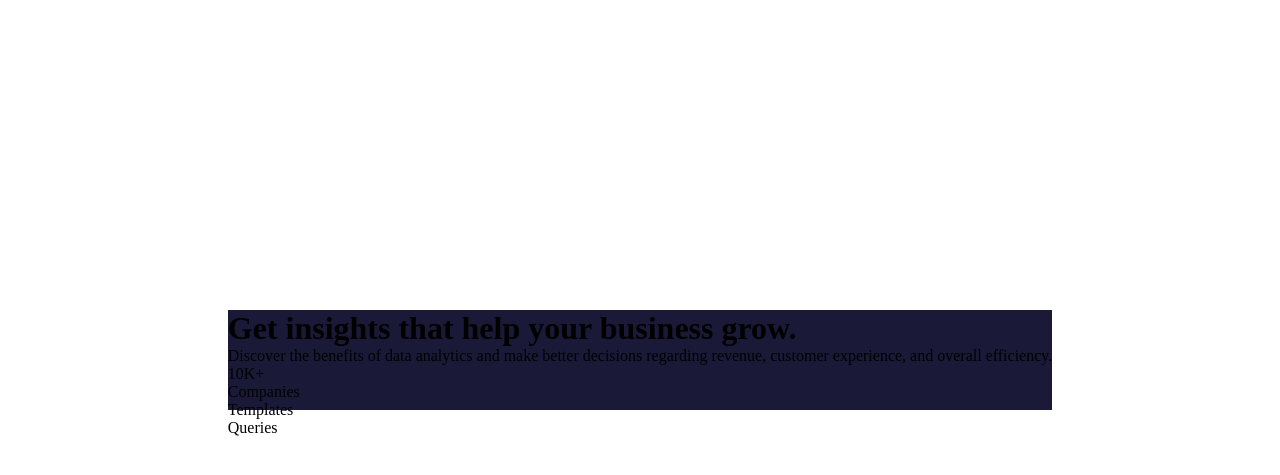
Repository: keisewarsame/stats-preview-frontendmentor
Page: index.html
An editor plug-in stored every save of this project. The page is shown before and after a run of saves, followed by the edit.
The browser window is 1280 px wide. The pictures show the whole page.

Above is the page before, as saved 2022-07-12 12:47:36.

After the next 3 saves:
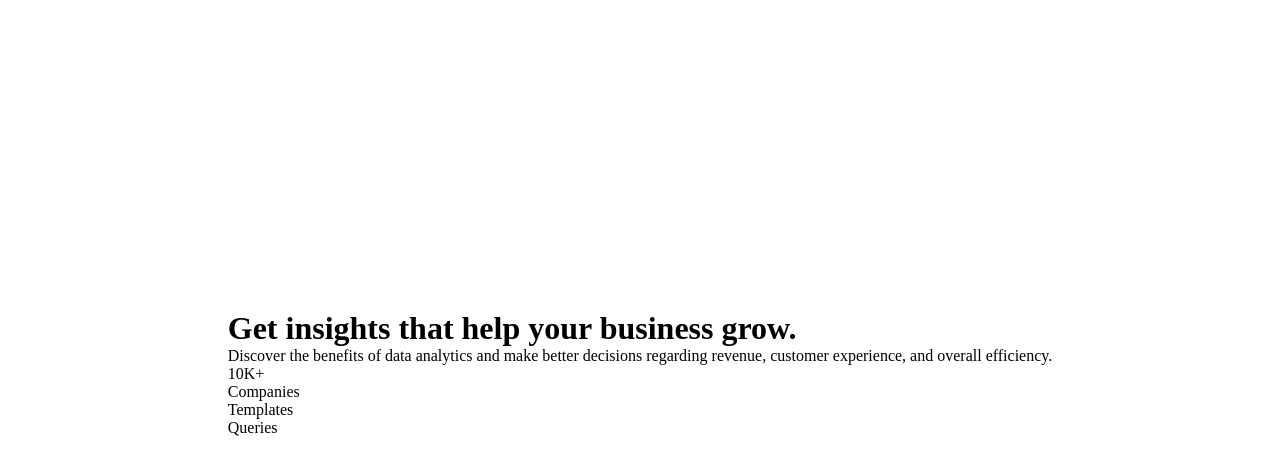
The 3 saves are shown as one change because they came seconds apart.
The last was saved 20 s later.
--- a/styles.css
+++ b/styles.css
@@ -13,6 +13,5 @@ body {
 
 .container {
     margin: 0 auto;
-    background-color: hsl(244, 38%, 16%);
     height: 100px;
 }
